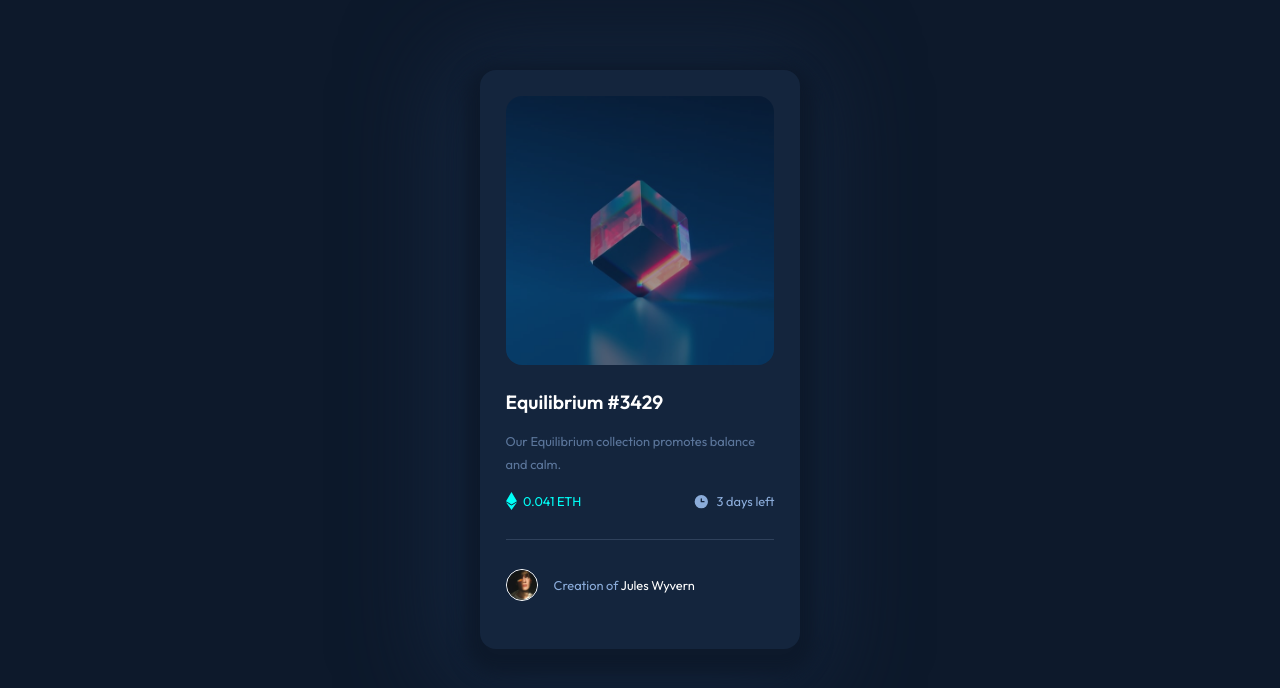
Repository: thaibaocoder1/nft-preview-card-component
Page: index.html
These files come from the project's save history. The page is drawn as it stood at one moment and after the next save; the edit follows.
The browser window is 1280 px wide. The pictures show the whole page.

Above is the page before, as saved 2023-01-06 19:56:19.

After the next save:
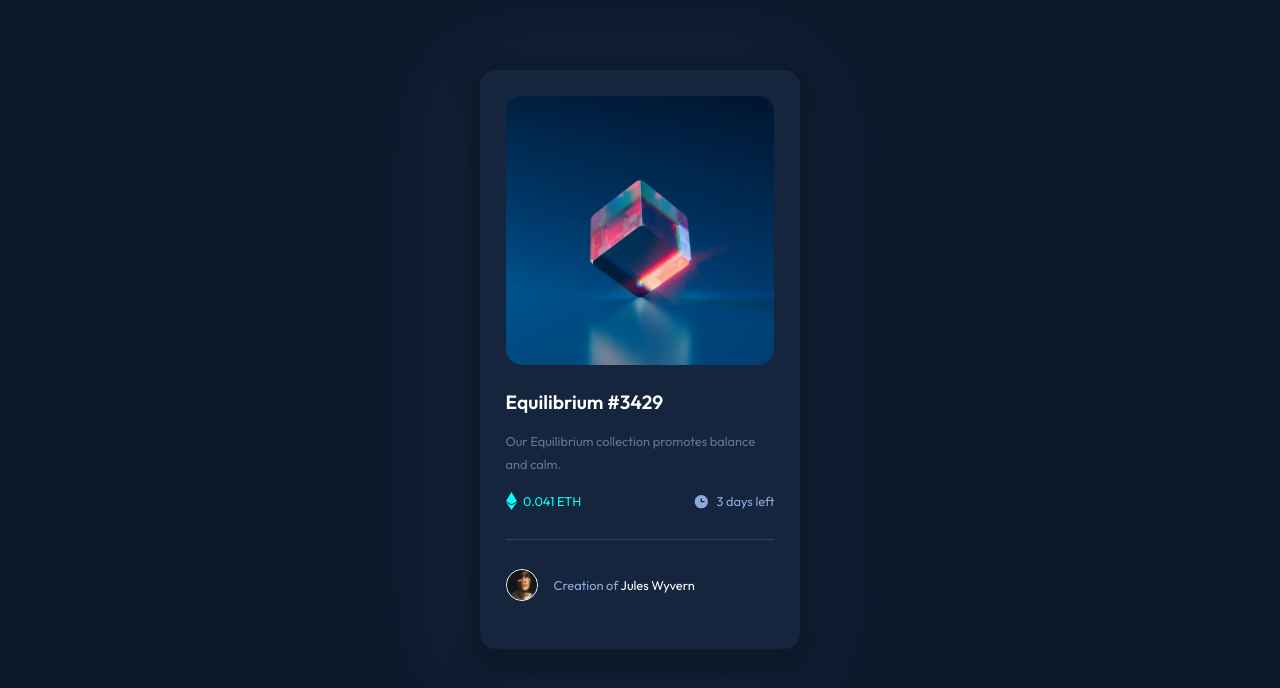
Saved 73 s later.
--- a/style.css
+++ b/style.css
@@ -60,7 +60,6 @@ body {
     object-fit: cover;
     position: relative;
     display: block;
-    opacity: 0.6;
 }
 .container .container-img::before {
     content: "";
